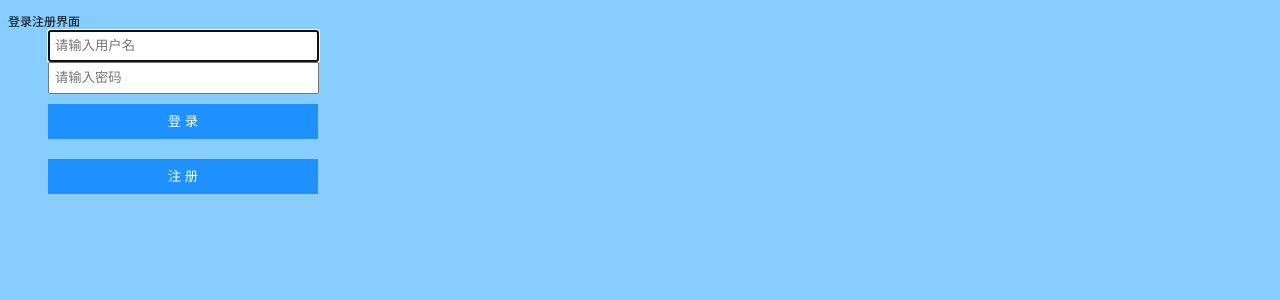
Repository: RunningPhoton/srtpServer
Page: srtp/server/srtp_server/WebContent/test.html
The author's editor kept a copy of each file at every save. The page is drawn from the files as they stood at one save, then again after the next save.
The browser window is 1280 px wide. The pictures show the whole page.

Above is the page before, as saved 2017-05-03 09:30:54.

After the next save:
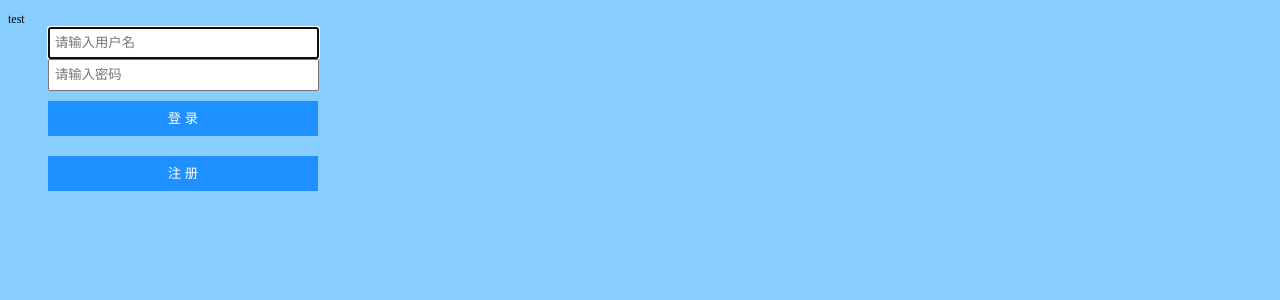
Saved 49 s later.
--- a/srtp/server/srtp_server/WebContent/test.html
+++ b/srtp/server/srtp_server/WebContent/test.html
@@ -66,10 +66,10 @@ body {
 </head>
 <body>
 	<div id="log">
-		<form id="form1" name="form1" method="post" action="log!login.action">
+		<form id="form1" name="form1" method="post" action="log!userToJson.action">
 			<dl>
 				<dt>
-					<span>登录注册界面</span>
+					<span>test</span>
 				</dt>
 				<dd>
 					<input type="text" name="user.userName" placeholder="请输入用户名"
